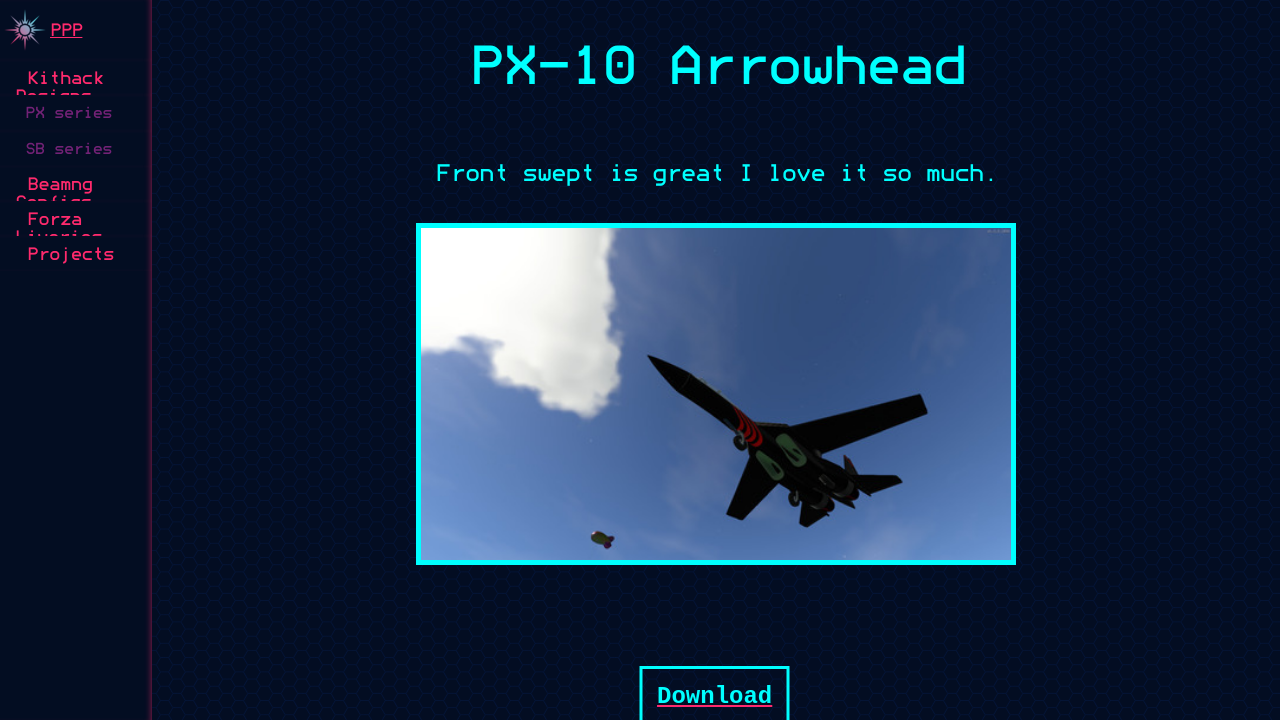
Repository: Pamishly/PamishlysPlayPlace
Page: KitHackHTML/CardPages/PX10.html
The author's editor kept a copy of each file at every save. The page is drawn from the files as they stood at one save, then again after the next save.
The browser window is 1280 px wide. The pictures show the whole page.

Above is the page before, as saved 2024-09-25 18:01:08.

After the next save:
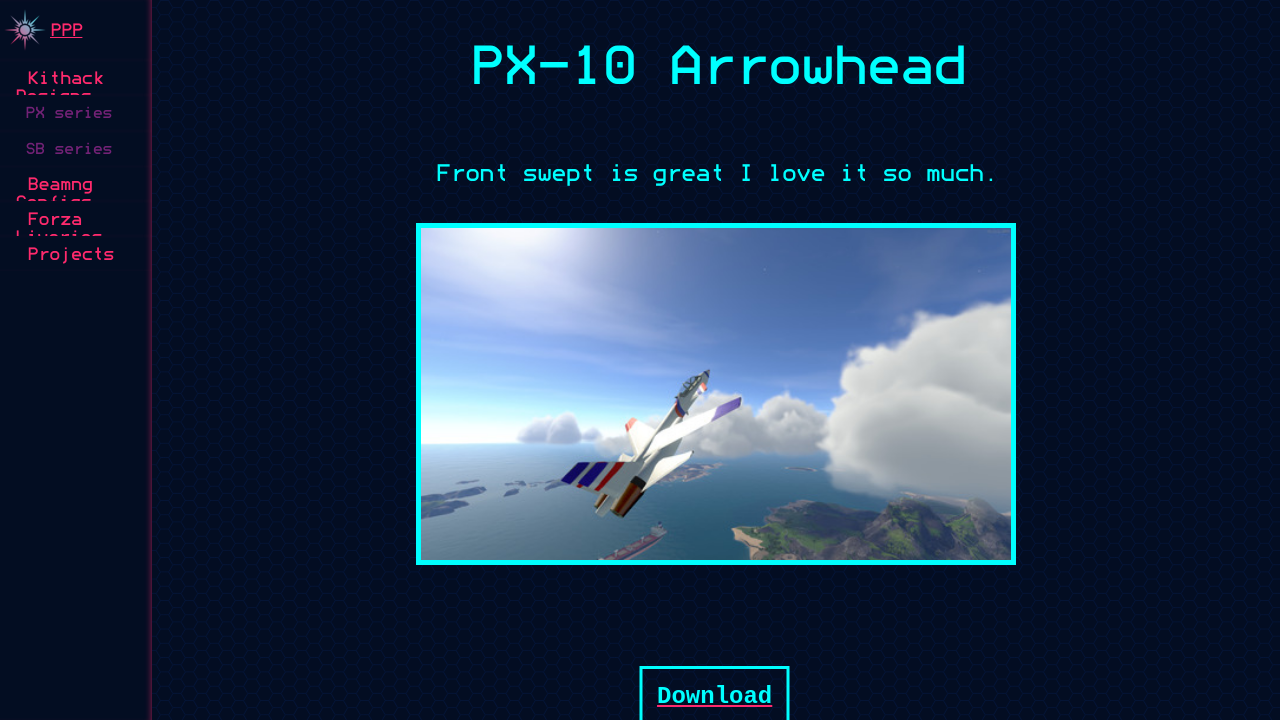
Saved 2 s later.
--- a/KitHackHTML/CardPages/PX10.html
+++ b/KitHackHTML/CardPages/PX10.html
@@ -19,9 +19,9 @@
             <br>
             <p>Front swept is great I love it so much.</p>
             <br>
-            <img src="PageImages/PX09.jpg">
+            <img src="PageImages/PX10.jpg">
             <br>
-            <a href="https://drive.google.com/uc?export=download&id=1_IVkqxFteGECcifr3o6Fji_OnylEe72o">
+            <a href="https://drive.google.com/uc?export=download&id=1S5FqFRZbQvjU9YKucfHNGjmM2acotJUW">
               <div class="dwn-button">
                 <p>Download</p>
               </div>
